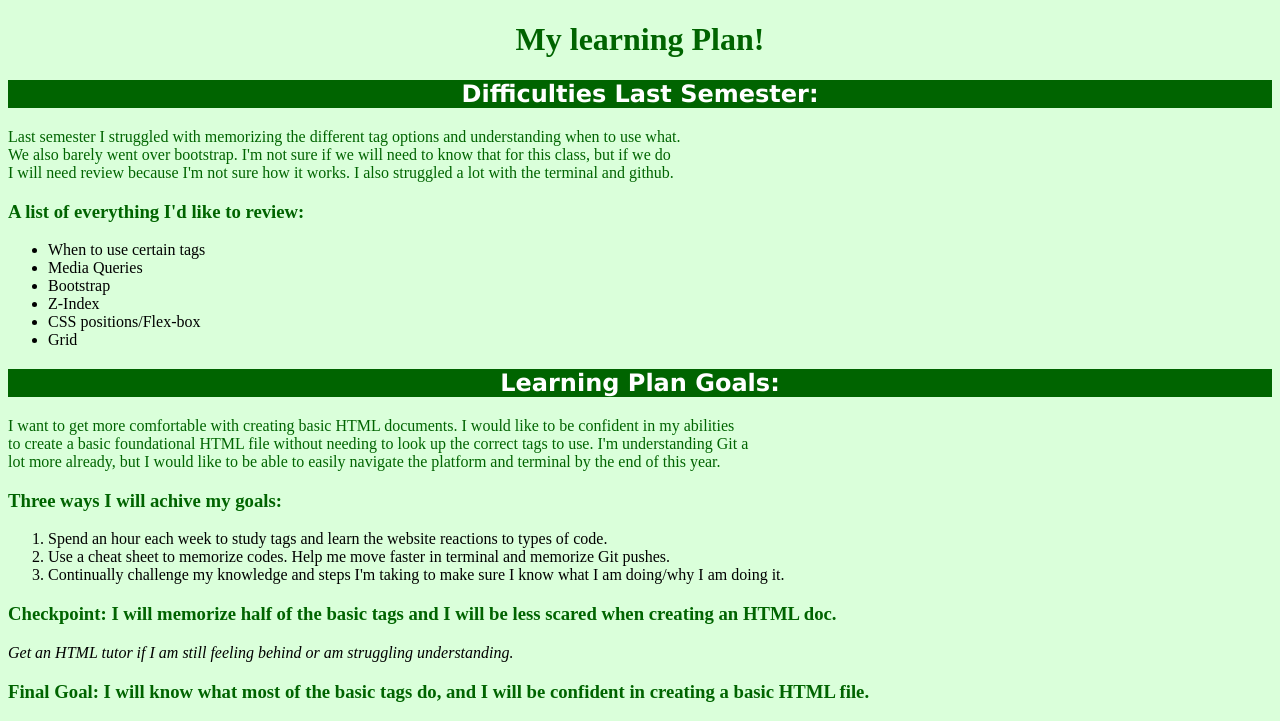
Repository: awollf/mdia-2109
Page: learning-plan.html
These files come from the project's save history. The page is drawn as it stood at one moment and after the next save; the edit follows.
The browser window is 1280 px wide. The pictures show the whole page.

Above is the page before, as saved 2026-02-02 11:25:54.

After the next save:
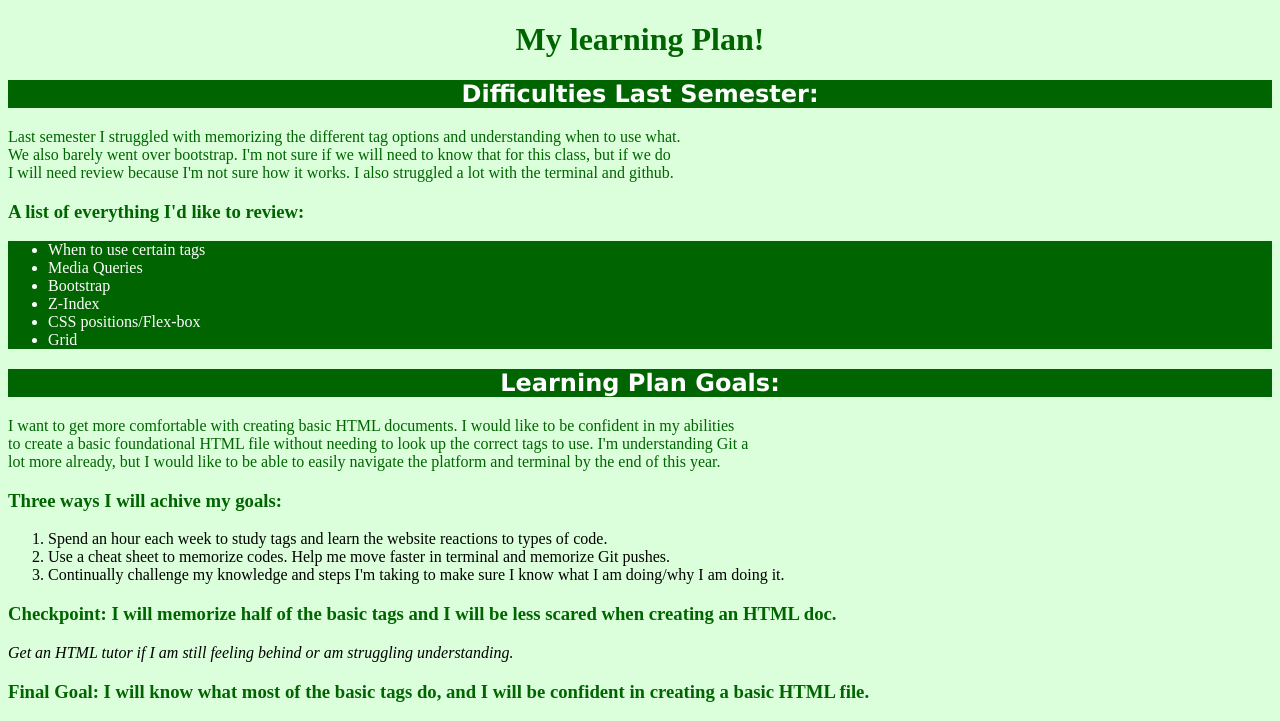
Saved 6 s later.
--- a/style.css
+++ b/style.css
@@ -28,3 +28,10 @@ h3 {
     color: darkgreen;
     font-family: 'Lucinda Grande';
 }
+
+ul {
+    text-align: left;
+    color: white;
+    background-color: darkgreen;
+    font-family: Lucinda Sans Regular;
+}
